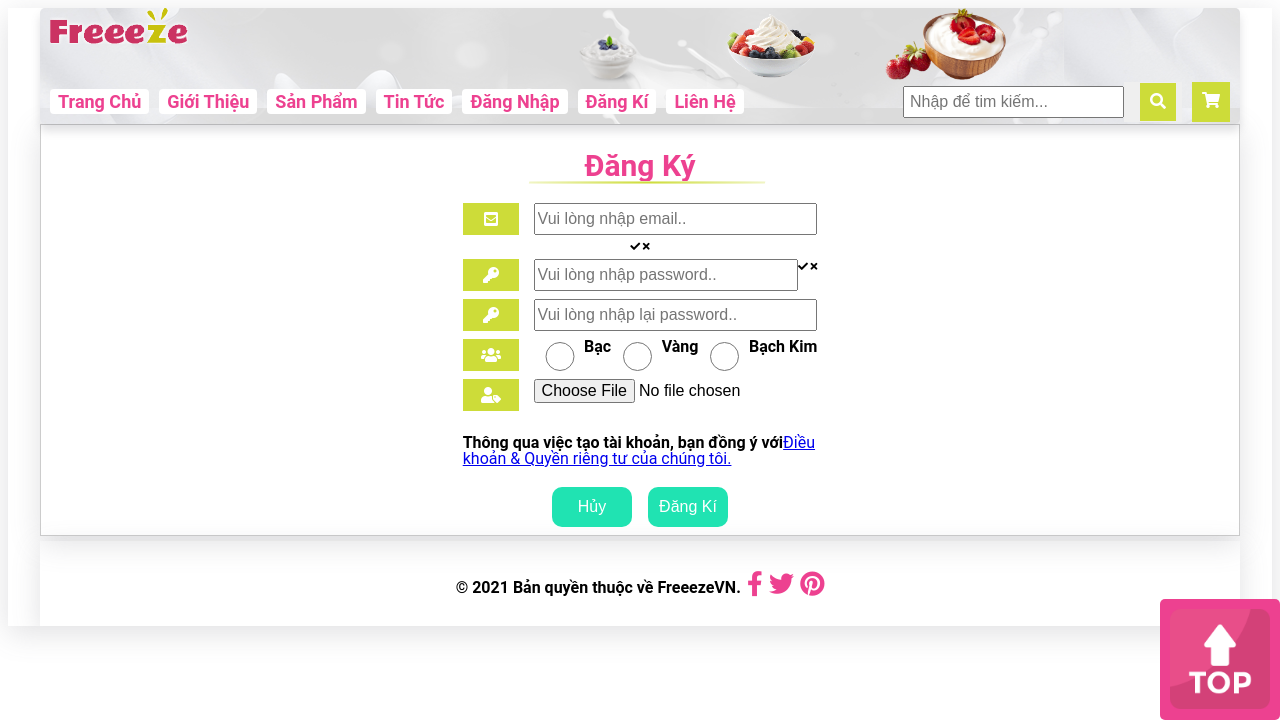
Repository: minh352623/lab1
Page: dangky.html
An editor plug-in stored every save of this project. The page is shown before and after the next save, followed by the edit.
The browser window is 1280 px wide. The pictures show the whole page.

Above is the page before, as saved 2022-03-13 20:37:35.

After the next save:
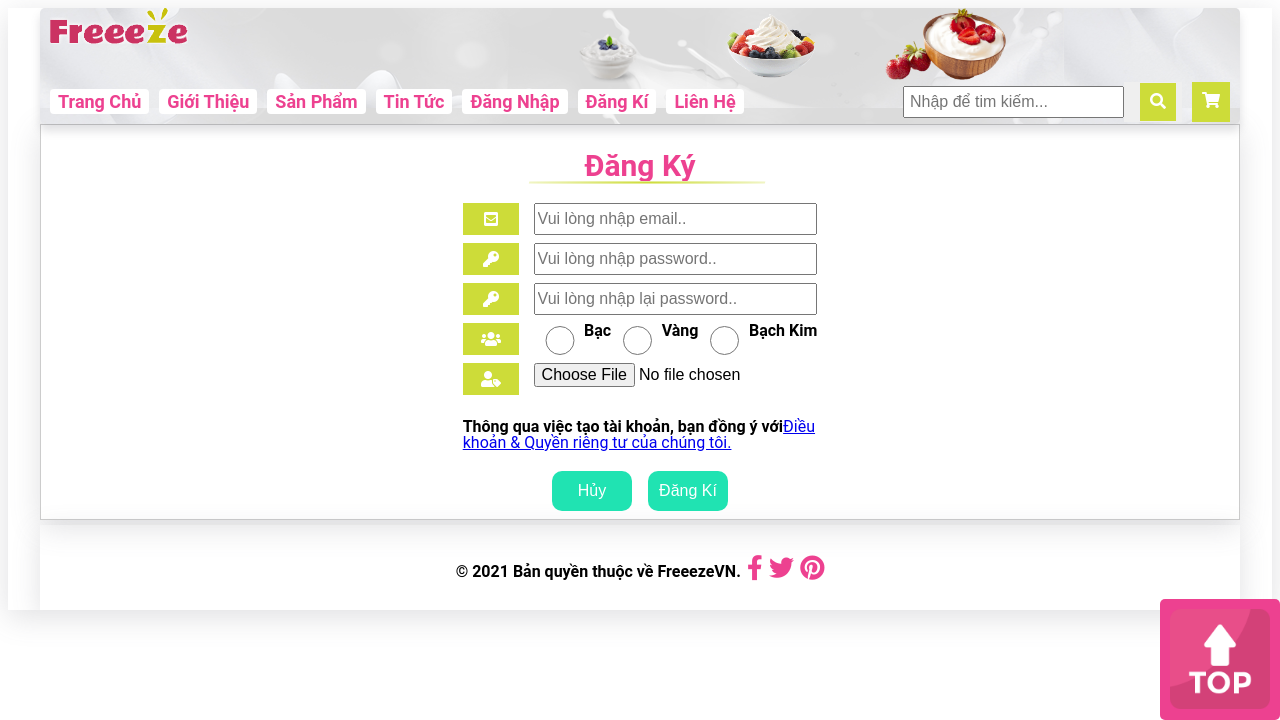
Saved 79 s later.
--- a/assets/dangky.css
+++ b/assets/dangky.css
@@ -85,3 +85,28 @@ p{
 .check-password.active{
     display: block;
 }
+
+.input-icons {
+    position: absolute;
+    top: 50%;
+    transform: translateY(-50%);
+    right: 25px;
+    display: flex;
+    justify-content: center;
+    align-items: center;
+  }
+  .input-icons i {
+    color: white;
+    width: 20px;
+    height: 20px;
+    border-radius: 20px;
+    display: flex;
+    justify-content: center;
+    align-items: center;
+    font-size: 10px;
+    opacity: 0;
+    visibility: hidden;
+    transform: scale(0);
+    transition: all 0.2s ease;
+    position: absolute;
+  }
